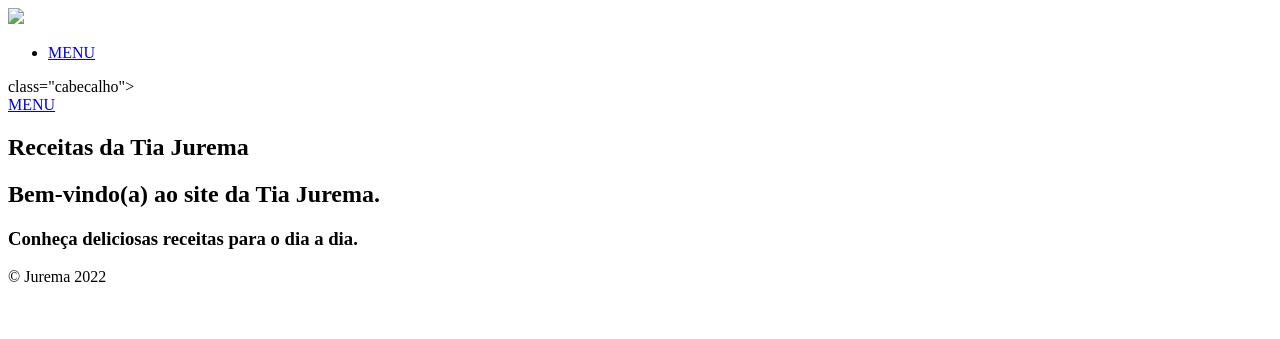
Repository: devropaes/RECEITAS
Page: OneDrive/Área de Trabalho/Estudos/Estácio/receitas/home.html
The author's editor kept a copy of each file at every save. The page is drawn from the files as they stood at one save, then again after the next save.
The browser window is 1280 px wide. The pictures show the whole page.
Some icons come from a web library that is not loaded, so they are not drawn. Some web libraries are served in a nearby version.

Above is the page before, as saved 2024-03-11 20:23:49.

After the next save:
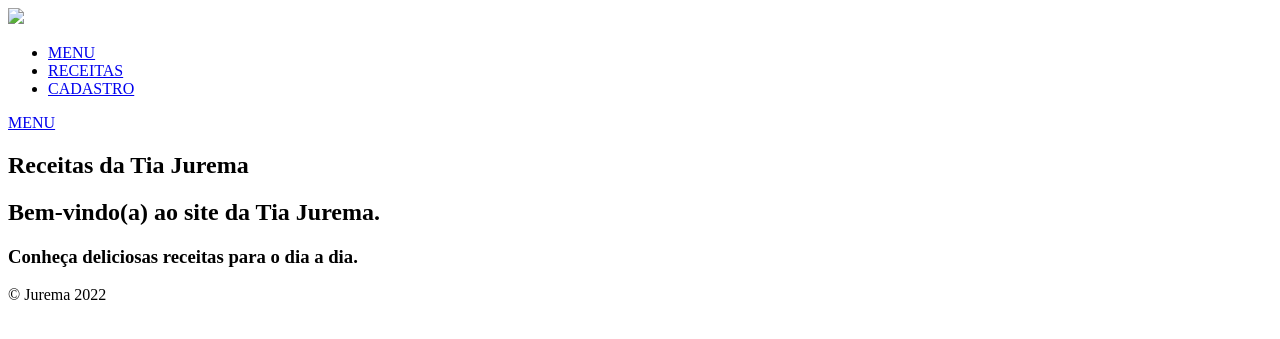
Saved 2 min 43 s later.
--- a/OneDrive/Área de Trabalho/Estudos/Estácio/receitas/home.html
+++ b/OneDrive/Área de Trabalho/Estudos/Estácio/receitas/home.html
@@ -12,8 +12,10 @@
 
     <ul class="navlist">
       <li><a href="#menu">MENU</a></li>
+      <li><a href="#receitas">RECEITAS</a></li>
+      <LI><a href="#cadastro">CADASTRO</a></LI>
     </ul>
-  </header> class="cabecalho">
+  </header>
     <nav class="cabecalho__menu">
         <a class="cabecalho__menu__link" href="index.html">MENU</a>
     <main>
